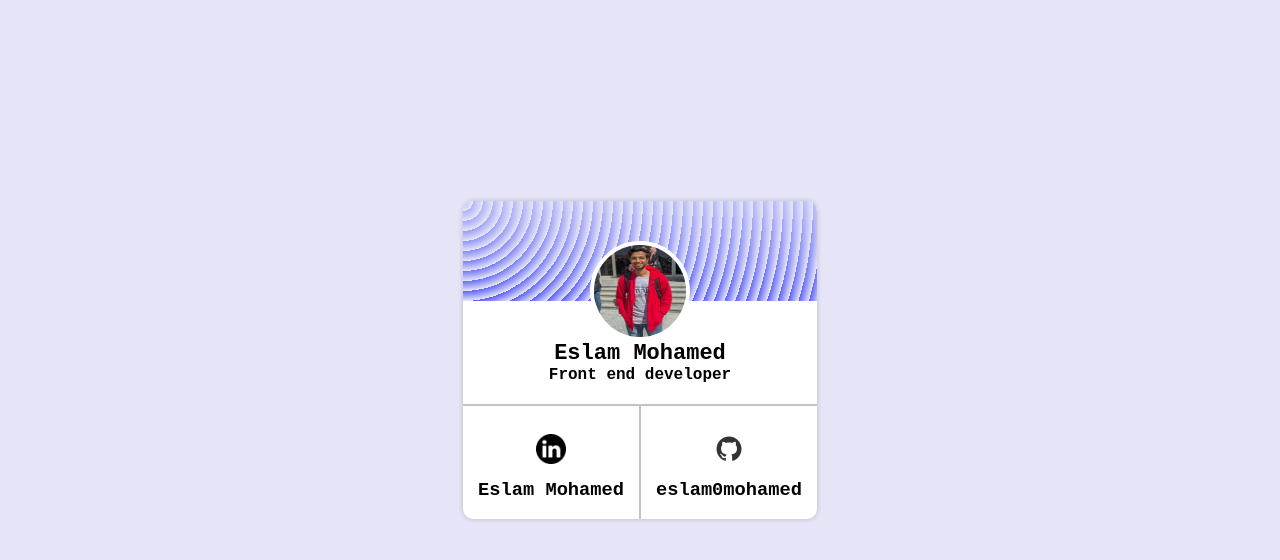
Repository: Eslam0Mohamed/profile-card-component
Page: index.html
The author's editor kept a copy of each file at every save. The page is drawn from the files as they stood at one save, then again after a run of saves.
The browser window is 1280 px wide. The pictures show the whole page.

Above is the page before, as saved 2024-07-22 20:44:23.

### index.html
<!DOCTYPE html>
<html lang="en">
  <head>
    <meta charset="UTF-8" />
    <meta name="viewport" content="width=device-width, initial-scale=1.0" />
    <title>Profile Card</title>
    <link rel="stylesheet" href="style.css" />
  </head>
  <body>
    <div class="container">
      <article class="card">
        <div class="top"></div>
        <div class="middle">
          <img src="assets/my-pic.jpg" alt="Eslam's photo" class="pic" />
          <h1 class="title">Eslam Mohamed</h1>
          <h2 class="job">Front end developer</h2>
        </div>
        <div class="bottom">
          <div class="column">
            <a href="https://www.linkedin.com/in/eslam-mohamed2002/">
              <img class="icon" src="assets/linkedin.png" alt="Linkedin icon" />
            </a>
            <h3>Eslam Mohamed</h3>
          </div>
          <div class="column">
            <a href="https://github.com/Eslam0Mohamed">
              <img class="icon" src="assets/github.svg" alt="github icon" />
            </a>
            <h3>eslam0mohamed</h3>
          </div>
        </div>
      </article>
    </div>
  </body>
</html>

### style.css
:root {
    --color-white: #fff;
    --color-grey: #c4c4c4;
}

/* CSS Reset */

* {
    margin: 0;
    padding: 0;
    box-sizing: border-box;
}

*,
*::before,
*::after {
    box-sizing: border-box;
}

a {
    color: inherit;
    display: inline-block;
}

button {
    background-color: transparent;
    border: none;
    cursor: pointer;
    border: 0;
}

ul,
ol {
    list-style: none;
}

html {
    font-size: 62.5%;
}

body {
    font-size: 1.6rem;
    font-family: "Courier New", Courier, monospace;
}

.container {
    min-height: 100vh;
    display: flex;
    justify-content: center;
    align-items: center;
    background-color: #e5e5f7;
    background-image: radial-gradient(#444cf7 0.5px, #e5e5f7 0.5px);
    background-size: 10px 10px;
}

.card {
    display: flex;
    flex-direction: column;
    border-radius: 1rem;
    min-width: 35rem;
    overflow: hidden;
    background-color: var(--color-white);
    box-shadow:  0 0 0.5rem rgba(0, 0, 0, 0.2);
}

.top {
    height: 10rem;
    background-color: #e5e5f7;
    opacity: 0.9;
    background-image: repeating-radial-gradient(circle at 0 0, transparent 0, #e5e5f7 10px),
        repeating-linear-gradient(#444cf755, #444cf7);

}

.middle{
    z-index: 5;
    display: flex;
    flex-direction: column;
    justify-content: center;
    align-items: center;
    margin-top: -6rem;
}
.pic {
    height: 100px;
    width: 100px;
    border-radius: 50%;
    /* object-fit: contain; */
    background-color: var(--color-white);
    border: 0.4rem solid var(--color-white);
}
.title{
    font-size:  2.2rem;

 }
 .job{
    font-size:  1.6rem;

 }
 .bottom{
    margin: 20px 0 0 0;
    display: flex;
    justify-content: space-evenly;
    border-top: 2px solid var(--color-grey);
 }
 .column:last-child{
    border-left: 2px solid var(--color-grey);

 }
 .column{
  /* display: flex;
  flex-direction: column;
  align-items: center; */
  flex: 1;
padding: 18px 15px;
text-align: center;

 }
 .icon{
    width: 30px;
    margin: 10px 0;
 }

After the next 3 saves:
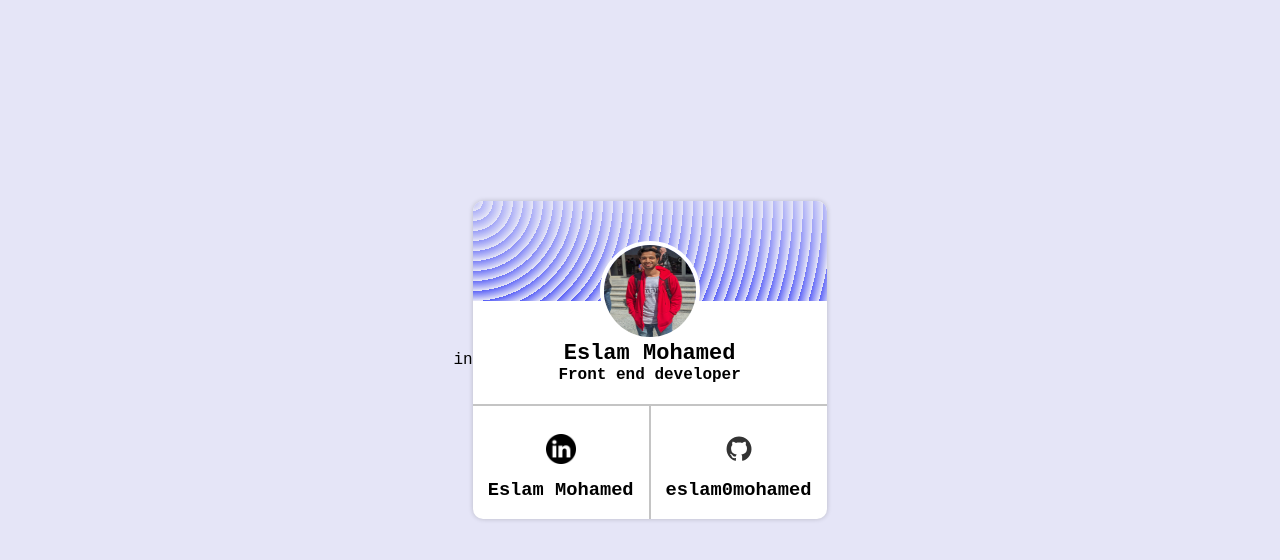
The 3 saves are shown as one change because they came seconds apart.
The last was saved 2 days later.
--- a/index.html
+++ b/index.html
@@ -7,7 +7,10 @@
     <link rel="stylesheet" href="style.css" />
   </head>
   <body>
-    <div class="container">
+    <div class="container">in
+      <div class="lights">
+
+      </div>
       <article class="card">
         <div class="top"></div>
         <div class="middle">
